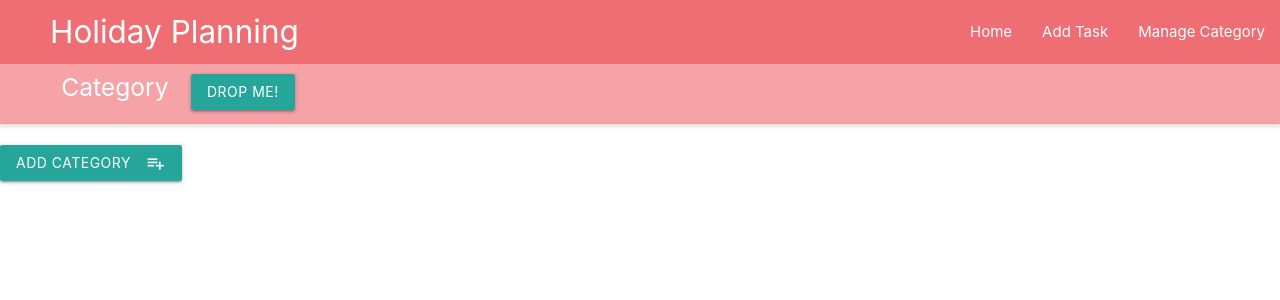
Repository: Code-Institute-Submissions/Project3-Holiday_Planning
Page: http://localhost/get_category
The author's editor kept a record of every edit. The page is drawn from the files as they stood at one moment, then again after the next edit.
The browser window is 1280 px wide. The pictures show the whole page.
Some web libraries are served in a nearby version. The page is served by the project's application, run on Flask 3 (app.py). Queries for data that is not in the repository find no rows.

Above is the page before.

### templates/category.html
{% extends 'layout.html' %} {% block content %}

<div class="allTask">
  <div class='row category_navi'>
      <div class='col'><h5>Category</h5></div>
      <div class='col'>
           <!-- Dropdown Trigger -->
      <a class='dropdown-trigger btn' href='#' data-target='dropdown1'>Drop Me!</a>

    <!-- Dropdown Structure -->
    <ul id='dropdown1' class='dropdown-content'>
      <li><a href="#!">one</a></li>
      <li><a href="#!">two</a></li>
      <li class="divider" tabindex="-1"></li>
      <li><a href="#!">three</a></li>
      <li><a href="#!"><i class="material-icons">view_module</i>four</a></li>
      <li><a href="#!"><i class="material-icons">cloud</i>five</a></li>
    </ul>
      </div>
    </div>
</div>


<div class="row">

    <ul class="collapsible ul_style data-collapsible=accordion">

    {% for category in category %}
    <li>

        <div class="collapsible-header">
              <div class = "category_side"></div>
              <a href="{{url_for('edit_category', category_id=category._id)}}" class="waves-effect waves-light btn blue-grey">Edit</a>
              <div class="divider"></div>
              <a href="{{url_for('delete_category', category_id=category._id)}}" class="waves-effect waves-light btn grey">Delete</a>

              <div class="task_header col s9">
                <strong>{{category.category_name}}</strong>
              </div>

        </div>
    </li>
    {% endfor %}

  </ul>

</div>


<div class="row">
    <a href="{{url_for('add_category')}}" class="waves-effect waves-light btn"><i class="material-icons right">playlist_add</i>Add Category</a>
</div>


{% endblock %}

### templates/layout.html
<!DOCTYPE html>
<html>

<head>
        <link href="https://fonts.googleapis.com/icon?family=Material+Icons" rel="stylesheet">
        <link rel="stylesheet" href="https://cdnjs.cloudflare.com/ajax/libs/materialize/1.0.0/css/materialize.min.css">
        <link rel="stylesheet" href="{{url_for('static', filename='css/style.css')}}" type="text/css"/>
</head>


<body>
    <header>
        <nav>
            <div class="nav-wrapper">
                <a href="{{url_for('get_tasks')}}" class="brand-logo">Holiday Planning</a>
                <a href="#" data-activates="mobile-demo" class="sidenav-trigger"><i class="material-icons">menu</i></a>

                <ul id="nav-mobile" class="right hide-on-med-and-down">
                    <li><a href="{{url_for('get_tasks')}}">Home</a></li>
                    <li><a href="{{url_for('add_task')}}">Add Task</a></li>
                    <li><a href="{{url_for('get_category')}}">Manage Category</a></li>
                </ul>

                <!--extended hamburger navbar added for mobile-->
                <ul class="sidenav" id="mobile-demo">

                    <li><a href="{{url_for('get_tasks')}}">Home</a></li>
                    <li><a href="{{url_for('add_task')}}">Add Task</a></li>
                    <li><a href="{{url_for('get_category')}}">Manage Category</a></li>
                </ul>
            </div>
        </nav>
    </header>

    <div>
        {% block content %} {% endblock %}
    </div>


    <!--<script src="https://cdnjs.cloudflare.com/ajax/libs/jquery/3.4.1/jquery.min.js"></script>-->
   <script <script type="text/javascript" src="https://code.jquery.com/jquery-2.1.1.min.js"></script>
    <script src="https://cdnjs.cloudflare.com/ajax/libs/materialize/1.0.0/js/materialize.min.js"></script>

    <!--to perform the collapsible, datepicker and select option function-->
    <script type="text/javascript">
        $(document).ready(function(){
            $('.collapsible').collapsible();
            $('.datepicker').datepicker({
                format:'dd/mm/yyyy'
            });
            $('select').formSelect();
            $('.sidenav').sidenav();

        });

        // $('.datepicker').pickadate({
        //     selectMonths: true, // Creates a dropdown to control month
        //     selectYears: 15, // Creates a dropdown of 15 years to control year,
        //     today: 'Today',
        //     clear: 'Clear',
        //     close: 'Ok',
        //     closeOnSelect: false // Close upon selecting a date,
        // });

        </script>


        {%block extra_js%}{%endblock%}
</body>

</html>

### app.py
import os
from flask import Flask, render_template, redirect, request, url_for
from flask_pymongo import PyMongo
from bson.objectid import ObjectId


app = Flask(__name__)
app.config["MONGO_DBNAME"] = 'holiday_planning'
app.config["MONGO_URI"] = 'mongodb+srv://root:es1234@cluster0-dio8w.mongodb.net/holiday_planning?retryWrites=true&w=majority'
mongo = PyMongo(app)


# Function to display landing page
@app.route('/')
def index():
    return render_template("tasks.html", tasks=mongo.db.tasks.find())


# T1 - Fetch data in mongodb pass it back to tasks.html
@app.route('/get_tasks')
def get_tasks():
    tasks=mongo.db.tasks.find()
    print(tasks)
    return render_template("tasks.html",
                           tasks=tasks)



# T2 & T3 - After add_task, must follow by insert_task
@app.route('/add_task')
def add_task():
    return render_template('addTask.html',
                            category=mongo.db.category.find())


@app.route('/insert_task', methods=['POST'])
def insert_task():
    tasks = mongo.db.tasks
    tasks.insert_one(request.form.to_dict())
    return redirect(url_for('get_tasks'))



# T4 & T5 - After edit_task, must follow by update_task
@app.route('/edit_task/<task_id>')
def edit_task(task_id):
    the_task =  mongo.db.tasks.find_one({"_id": ObjectId(task_id)})
    all_category =  mongo.db.category.find()
    return render_template('editTask.html', task=the_task,
                           category=all_category)


@app.route('/update_task/<task_id>', methods=["POST"])
def update_task(task_id):
    tasks = mongo.db.tasks
    tasks.update( {'_id': ObjectId(task_id)},
    {
        'category_name':request.form.get('category_name'),
        'task_name':request.form.get('task_name'),
        'task_description': request.form.get('task_description'),
        'person_in-charge': request.form.get('person_in-charge'),
        'website': request.form.get('website'),
        'due_date': request.form.get('due_date'),
        'is_urgent':request.form.get('is_urgent')
    })
    return redirect(url_for('get_tasks'))


# T6 - Delete task from the get_tasks page
@app.route('/delete_task/<task_id>')
def delete_task(task_id):
    mongo.db.tasks.remove({'_id': ObjectId(task_id)})
    return redirect(url_for('get_tasks'))



# CATEGORY

# C1 - Function to fetch all our data in mongodb pass it back to category.html
@app.route('/get_category')
def get_category():
    return render_template("category.html",
                            category=mongo.db.category.find())



# C2 & C3 - After add_category, must follow by insert_category
@app.route('/add_category')
def add_category():
    return render_template('addCategory.html')


@app.route('/insert_category', methods=['POST'])
def insert_category():
    category_doc = {'category_name': request.form.get('category_name')}
    mongo.db.category.insert_one(category_doc)
    return redirect(url_for('get_category'))



# C4 & C5 - After edit_category, must follow by update_category
@app.route('/edit_category/<category_id>')
def edit_category(category_id):
    return render_template('editCategory.html',
    category=mongo.db.category.find_one({'_id': ObjectId(category_id)}))


@app.route('/update_category/<category_id>', methods=['POST'])
def update_category(category_id):
    mongo.db.category.update(
        {'_id': ObjectId(category_id)},
        {'category_name': request.form.get('category_name')})
    return redirect(url_for('get_category'))



# C6 - Delete category from the Manage Category page
@app.route('/delete_category/<category_id>')
def delete_category(category_id):
    mongo.db.category.remove({'_id': ObjectId(category_id)})
    return redirect(url_for('get_category'))



# Boiler plate - must include at the end of app.py
if __name__ == '__main__':
    app.run(host=os.environ.get('IP'),
            port=int(os.environ.get('PORT')),
            debug=True)

### static/css/style.css
/*tasks.html*/

.all_task_navi{
    margin-bottom: 0px;
}


.allTask,
.addTask,
.category{
    /*color: white;*/
    height:50px;
    background-color: #f5a3a7;
    vertical-align: baseline;
    padding-top: 10px;
    margin-bottom: 0px;
    padding-bottom: 50px;
}



/*category*/
.ul_style {
   margin: 0px;
}


.btn_small {
    height: 24px;
    width: 60px;
    line-height: 24px;
    margin: 5px 100px;
    padding: 0px 100px;
}


/*Add Task Page*/
.submit_btn{
    margin-left: 200px;
}




.divider{
    width:10px;
    border:none;

}


.task_name{
   padding: 50px 0px 0px 0px;
}


.nav-wrapper,
h5{
    margin: 0px;
    padding:0px 0px 0px 50px;
    color: white;
}

After the next edit:
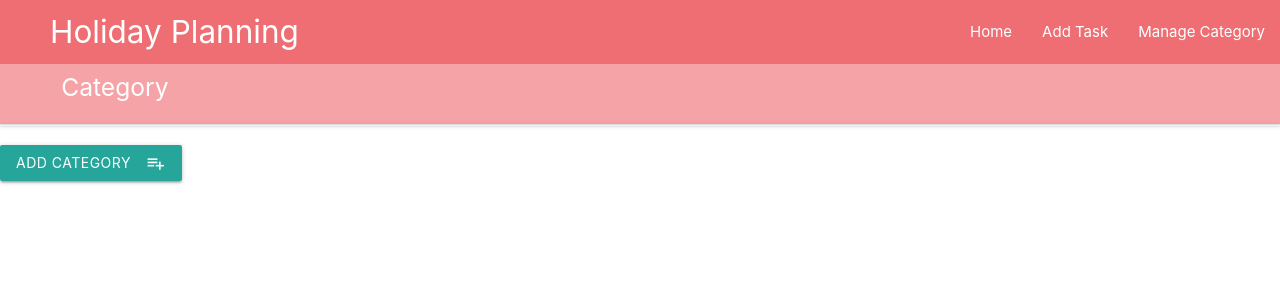
The edit:
--- a/templates/category.html
+++ b/templates/category.html
@@ -3,21 +3,7 @@
 <div class="allTask">
   <div class='row category_navi'>
       <div class='col'><h5>Category</h5></div>
-      <div class='col'>
-           <!-- Dropdown Trigger -->
-      <a class='dropdown-trigger btn' href='#' data-target='dropdown1'>Drop Me!</a>
-
-    <!-- Dropdown Structure -->
-    <ul id='dropdown1' class='dropdown-content'>
-      <li><a href="#!">one</a></li>
-      <li><a href="#!">two</a></li>
-      <li class="divider" tabindex="-1"></li>
-      <li><a href="#!">three</a></li>
-      <li><a href="#!"><i class="material-icons">view_module</i>four</a></li>
-      <li><a href="#!"><i class="material-icons">cloud</i>five</a></li>
-    </ul>
-      </div>
-    </div>
+  </div>
 </div>
 
 
